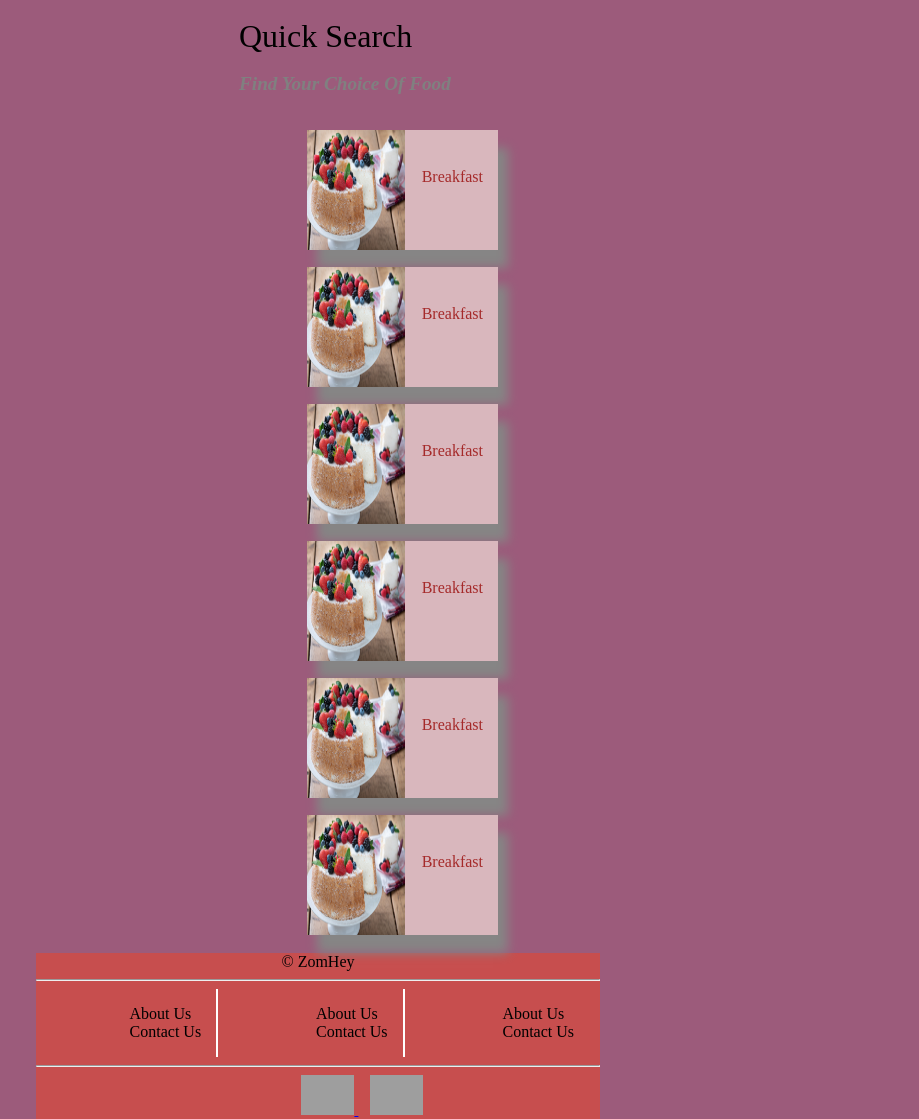
Repository: dashmeenkalra/dashmeen_kalra
Page: css,bootstrap/CSS/zom.html
The author's editor kept a copy of each file at every save. The page is drawn from the files as they stood at one save, then again after the next save.
The browser window is 600 px wide. The page is 919 px wide, so the pictures cover 919 px, including what lies to the right of the window. The pictures show the part of the page from y = 465 to 1584 px (the page is 1584 px tall).
Pictures or frames that could not be fetched are drawn as grey boxes.

Above is the page before, as saved 2023-03-27 09:49:43.

### css,bootstrap/CSS/zom.html
<html>
    <head>
        <link href="zom.css" rel="stylesheet" />
        <title>
            ZomatoClone
        </title>
    </head>
    <body>
    <header>
<div id="container">
        <div class="name">
            ZomHey
        </div>
    </header>
        <div id="sec1">
        <div class="logo">
            <span>Welcome</span> <!--span used because it take particular amount space ,heading tag <h1 to h6 wont work>-->
        </div>
            <div id="log1">
            Find Stores Near Your Doorstep
            </div>
            <div id="dropdown">
            <select>
                <option>
                    ---Select Your City---
                </option>
            </select>
            <select>
                <option>
                ---Select Restaurants---
                </option>
            </select>
            </div>
    </div>
    <div id="sec2">
        <span class="heading1">Quick Search</span>
        <p>Find Your Choice Of Food</p>
        <div class="inbox">
            <div class="subin1">
            <img src="images/cake.jpg" alt="cakes"/>
            </div>
            <div class="C1">
                <a href="listing.html" target="_blank">Breakfast</a>
             </div>
        </div>
        <div class="inbox">
            <div class="subin1">
            <img src="images/cake.jpg" alt="cakes"/>
            </div>
            <div class="C1">
                <a href="listing.html" target="_blank">Breakfast</a>
            </div>
        </div>
        <div class="inbox">
            <div class="subin1">
            <img src="images/cake.jpg" alt="cakes"/>
        </div>
        <div class="C1">
            <a href="listing.html" target="_blank">Breakfast</a>
         </div>
    </div>
        <div class="inbox">
            <div class="subin1">
             <img src="images/cake.jpg" alt="cakes"/>
            </div>
            <div class="C1">
                <a href="listing.html" target="_blank">Breakfast</a>
             </div>
        </div>
        <div class="inbox">
            <div class="subin1">
            <img src="images/cake.jpg" alt="cakes"/>
            </div>
            <div class="C1">
                <a href="listing.html" target="_blank">Breakfast</a>
             </div>
        </div>
        <div class="inbox">
            <div class="subin1">
            <img src="images/cake.jpg" alt="cakes"/>
            </div>
            <div class="C1">
                <a href="listing.html" target="_blank">Breakfast</a>
             </div>
        </div>
    </div>
    <footer>
        <div class = "myfoot">
            &copy; ZomHey
        </div>
        <hr/>
        <div class="footc">
           <ul>
            <li>
                About Us
            </li>
            <li>
                Contact Us
            </li>
        </ul>
        </div>
        <div class="footc">
            <ul>
             <li>
                 About Us
             </li>
             <li>
                 Contact Us
             </li>
         </ul>
         </div>
         <div class="footc noborder">
            <ul>
             <li>
                 About Us
             </li>
             <li>
                 Contact Us
             </li>
         </ul>
         </div>
         <hr/>
        <a href="https://www.facebook.com/zomato/">
        <img src="https://i.ibb.co/rZ1CYYT/fb.jpg"
        target="_blank" alt="zomfb" id="imag"/> <!--used imgbb.com site for pic link-->
       </a>
        <a href="https://www.instagram.com/zomato/">
        <img src="https://i.ibb.co/hyMS2bJ/insta.jpg"
        target="_blank" alt="zominsta" id="imag1" />
        </a>
    </footer>
</div>
    </body>
</html>

### css,bootstrap/CSS/zom.css
/* margin can also be 0px */
body{
    margin: 0px;
    background-color: rgb(225, 163, 173);
}
header{
    background-color: rgb(199, 78, 78);
    height: 65px;
}
#container{
    display: inline-block;
}
.name{
    font-size: 50px;
    color:rgb(231, 237, 239);
    font-weight:bolder ;
    margin-top: 1%;
    margin-left: 1%;
}
#sec1{
    background-color: rgb(225, 163, 173) ;
    height:400px;
    background-image: url('https://i.ibb.co/R3j8z8S/assorted-foods-on-table-1391301.jpg');
    background-size: cover;
    background-repeat: no-repeat;
}
.logo{
    width:100px;
    height:100px;
    background-color: rgb(229, 210, 210);
    border-radius: 50%;
    margin-left: 45%;
    margin-top: 1%;
    position: absolute;
    font-size: 20px;
}
.logo > span{
    font-weight: bold;
    color:rgb(152, 64, 64);
    margin-left: 13%;
    margin-top: 34%;
    position: absolute;
}
#log1{
    color: white;
    font-weight:bolder ;
    font-size: 50px;
    margin-top: 11%;
    margin-left: 19%;
    position: absolute;
}
#dropdown{
    margin-top: 20%;
    margin-left: 35%;
    position: absolute;
}
select{
    height:40px;
    width:163px;
}
#sec2{
    /* background-color: rgb(225, 163, 173);  */
    display: inline-block; /*no need to give height it will fix the height automatically , you can add how much content you want to it will make space itself*/
    width:850px;
    margin-left: 11.5%;
    margin-top: 3%;
    margin-bottom: 3%;

   /* border: 4px dotted black; */
}
.heading1{
    font-size: xx-large;
    color: black;
    display: block; /*used to get the content in the next line  ----and----display:inline-block is used to get content in the same line*/
    margin-left: 12%;
}
.heading1:hover{
    color:rgb(9, 237, 203);
}
p{
    color:gray;
    font-style: italic;
    font-weight: bolder;
    font-size: larger;
    line-height:1; /* for more space between lines above and down*/
    margin-left: 10%;
}
p:hover{
    color:antiquewhite;
    box-shadow: 8px 12px 8px white;
}
.inbox{
 width:22.5%;
 height:120px;
 background-color:rgb(217, 183, 189);
 margin-left:10%;
 margin-top:2%;
 float: left;
 box-shadow: 10px 18px 10px  rgb(134, 133, 133); /*10 px tells how much left right it would move , next 20px shows how much up and down the and the next 10px is for how lighter or darker*/
}
.subin1{
    width:52%;
    float: left;
}
.subin1>img{
    height:120px;
    width:98px;
}
.C1{
text-align: center;
margin-top: 20%;
}
.C1 > a{
    text-decoration: none; /*removes the underline of a link content*/
    color: brown !important; /*important used to override a situation if the color is not getting applied*/
}
footer{
    background-color: rgb(199, 78, 78);
}
.myfoot{
    text-align: center;
}
.footc{
    display: inline-block;
    border-right: 2px solid white;
    margin-left: 2%;
    width: 30%;
}
.noborder{
    border: none;
}
ul{
    list-style-type: none;
    margin-left: 25%;
}
#imag
{
    height:40px;
    margin-left: 47%;

}
#imag1{
    height:40px;
    margin-left: 2%;
}
/* media query for responsive design */
@media screen and (max-width:1164px){
body{
    background-color: rgb(225, 163, 173) ;
}
}
@media screen and (max-width:1084px){
    body{
        background-color: rgb(153, 120, 156) ;
    }
    }
@media screen and (max-width:988px){
    body{
            background-color: rgb(122, 111, 153) ;
        }
        }
@media screen and (max-width:917px){
    body{
            background-color: rgb(48, 210, 235) ;
        }
    .inbox{
        margin-left: 6%;
    }
        }
@media screen and (max-width:897px){
    body{
            background-color: rgb(103, 129, 109) ;
        }
        .inbox{
            margin-left:5% ;
        }
        }
@media screen and (max-width:754px){
            body{
                    background-color: rgb(72, 186, 99) ;
                }
                .inbox{
                    margin-left:12% ;
                }
                }
@media screen and (max-width:751px){
    body{
            background-color: rgb(156, 91, 123) ;
        }
    .inbox{
        margin-left:28%;
    }
    .heading1{
        margin-left:20%;
    }
    p{
        margin-left:20%;
    }
    footer{
        margin-left: 6%;
    }
        }

After the next save:
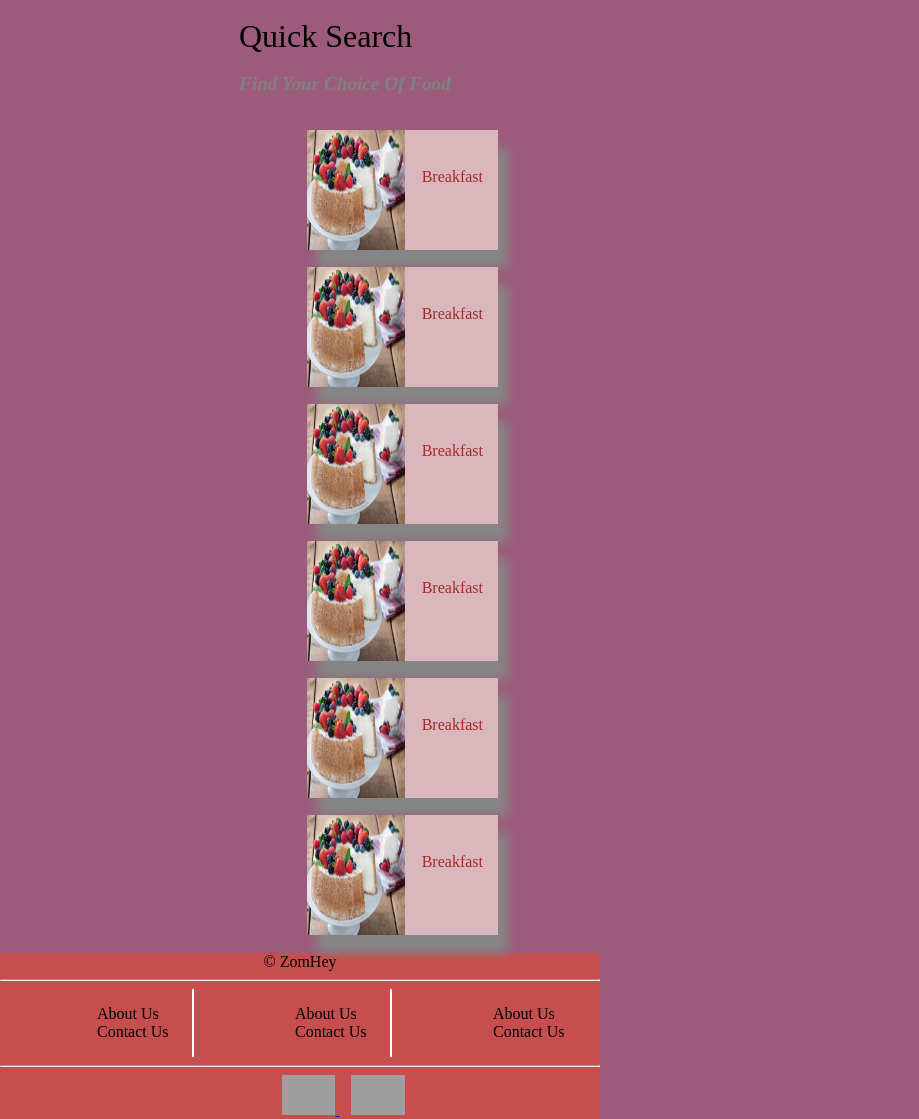
Saved 26 s later.
--- a/css,bootstrap/CSS/zom.css
+++ b/css,bootstrap/CSS/zom.css
@@ -196,7 +196,5 @@ body{
     p{
         margin-left:20%;
     }
-    footer{
-        margin-left: 6%;
-    }
-        }
+
+        }
